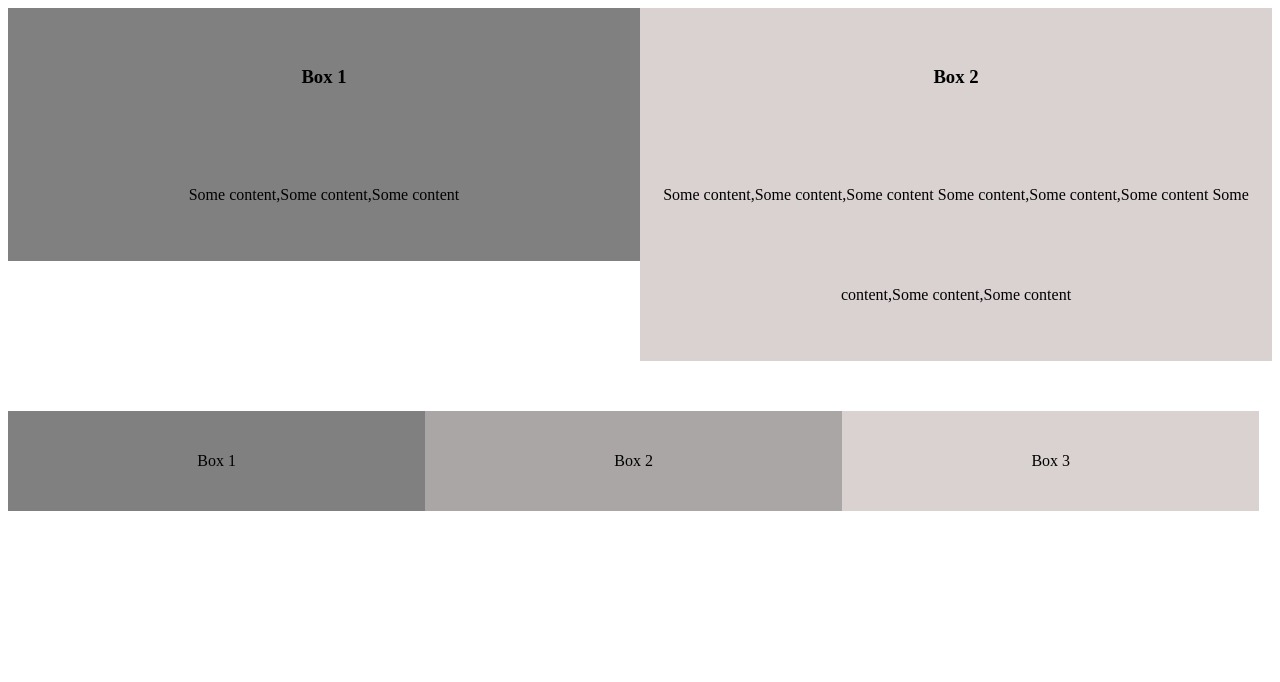
Repository: LongNguyen2504/T3H-FrondEnd
Page: Lesson4_CSS_Lecture.html
The author's editor kept a copy of each file at every save. The page is drawn from the files as they stood at one save, then again after the next save.
The browser window is 1280 px wide. The pictures show the whole page.

Above is the page before, as saved 2021-12-03 20:51:24.

### Lesson4_CSS_Lecture.html
<!DOCTYPE html>
<html lang="en">
<head>
    <meta charset="UTF-8">
    <meta http-equiv="X-UA-Compatible" content="IE=edge">
    <meta name="viewport" content="width=device-width, initial-scale=1.0">
    <title>Document</title>
    <style>
        /* .ancestor-div{
            width: 100%;
            height: 100%;
            float:left;
            background-color: blueviolet;

        }
        .test{
            float: left;
            width: 30%;
            height: 180px;
            display: inline-block;
            text-align: center;
            padding: 30px;
        } */
        .ancestor{
            width: 100%;
            overflow: auto;

        }
        .box1{
            float: left;
            width: 50%;
            height: auto;
            text-align: center;
            /* padding-top: 50px; */
            line-height: 100px;
            overflow: auto;

        }
        .box2{
            margin-top: 50px;
            float: left;
            width: 33%;
            height: 100px;
            text-align: center;
            /* padding-top: 50px; */
            line-height: 100px;
        }
        p{
            padding: ;
        }
    </style>
</head>
<body>
    <!-- <div class="ancestor-div">
        <div class="test" style="background-color: bisque;">Test1</div>
        <div class="test" style="background-color: aqua;">Test2</div>
        <div class="test" style="background-color: brown;">Test3</div>
    </div> -->
    <div class="ancestor">
        <div class="box1" style="background-color: gray;">
            <h3>Box 1</h3>
            <p>Some content,Some content,Some content</p>
        </div>
        <div class="box1" style="background-color: rgb(218, 209, 209);">
            <h3>Box 2</h3>
            <p>
                Some content,Some content,Some content
                Some content,Some content,Some content
                Some content,Some content,Some content

            </p>


        </div>
    </div>
    <div class="ancestor">
        <div class="box2" style="background-color: gray;">Box 1</div>
        <div class="box2" style="background-color: rgb(170, 166, 166);">Box 2</div>
        <div class="box2" style="background-color: rgb(218, 209, 209);">Box 3</div>
    </div>

</body>
</html>

After the next save:
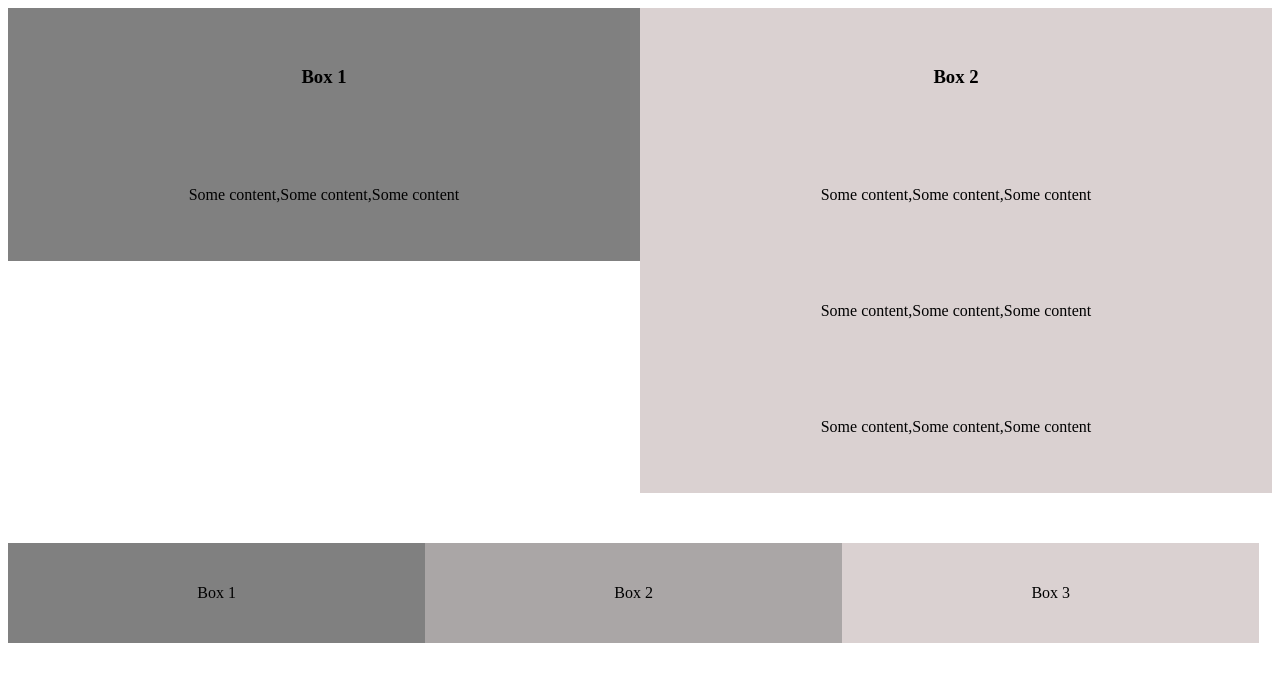
Saved 20 s later.
--- a/Lesson4_CSS_Lecture.html
+++ b/Lesson4_CSS_Lecture.html
@@ -63,14 +63,9 @@
         </div>
         <div class="box1" style="background-color: rgb(218, 209, 209);">
             <h3>Box 2</h3>
-            <p>
-                Some content,Some content,Some content
-                Some content,Some content,Some content
-                Some content,Some content,Some content
-
-            </p>
-
-
+            <p>Some content,Some content,Some content</p>
+            <p>Some content,Some content,Some content</p>
+            <p>Some content,Some content,Some content</p>
         </div>
     </div>
     <div class="ancestor">
